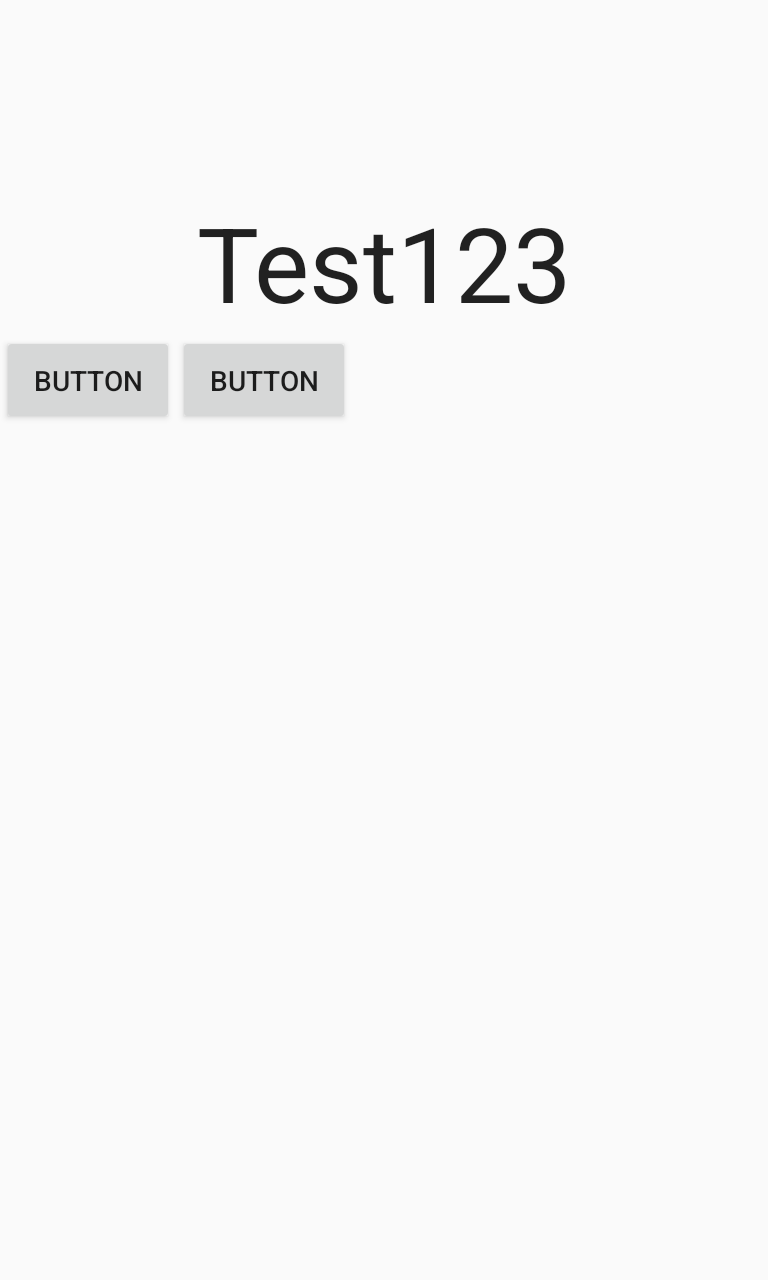
Repository: hessfr/contextRecognition
Layout: androidProjects/ContextRecognition/res/layout/activity_main.xml
The author's editor kept a copy of each file at every save. The layout is drawn from the files as they stood at one save, then again after the next save.
It is drawn on a 768 x 1280 px phone screen (xhdpi) without system bars, with theme AppTheme; the app's code is not run.

Above is the layout before, as saved 2014-05-30 07:16:11.

### androidProjects/ContextRecognition/res/layout/activity_main.xml
<LinearLayout xmlns:android="http://schemas.android.com/apk/res/android"
    xmlns:tools="http://schemas.android.com/tools"
    android:id="@+id/container"
    android:layout_width="match_parent"
    android:layout_height="match_parent"
    android:orientation="vertical"
    tools:context="com.example.contextrecognition.MainActivity"
    tools:ignore="MergeRootFrame" >

    <RelativeLayout
        android:layout_width="match_parent"
        android:layout_height="263dp" >

        <TextView
            android:id="@+id/textView1"
            android:layout_width="wrap_content"
            android:layout_height="wrap_content"
            android:layout_centerInParent="true"
            android:text="@string/test"
            android:textAppearance="?android:attr/textAppearanceLarge"
            android:textSize="52sp" />

            <LinearLayout
	        android:layout_width="wrap_content"
	        android:layout_height="wrap_content"
	        android:orientation="horizontal"
	        android:layout_centerHorizontal="True"
	        android:layout_below="@+id/textView1" >

                <Button
	                android:id="@+id/button2"
	                android:layout_width="wrap_content"
	                android:layout_height="wrap_content"
	                android:layout_alignParentRight="true"
	                android:layout_alignParentTop="true"
	                android:text="Button" />

            	<Button
	                android:id="@+id/button2"
	                android:layout_width="wrap_content"
	                android:layout_height="wrap_content"
	                android:layout_alignParentLeft="true"
	                android:layout_alignParentTop="true"
	                android:text="Button" />

	    	</LinearLayout>

    </RelativeLayout>



</LinearLayout>

### androidProjects/ContextRecognition/res/values/strings.xml
<?xml version="1.0" encoding="utf-8"?>
<resources>

    <string name="app_name">ContextRecognition</string>
    <string name="hello_world">Hello world!</string>
    <string name="action_settings">Settings</string>
    <string name="action_rating">Rate our app</string>
    <string name="action_help">Help</string>
    <string name="label_settings">Settings</string>
    <string name="label_rating">Rate our app</string>
    <string name="label_help">Help</string>

    <string name="test">Test123</string>
    <string name="test_office">Office</string>


</resources>

Loaded but not shown: androidProjects/ContextRecognition/res/values/styles.xml (common file); androidProjects/ContextRecognition/res/values-v11/styles.xml (common file); androidProjects/ContextRecognition/res/values-v14/styles.xml (common file)

After the next save:
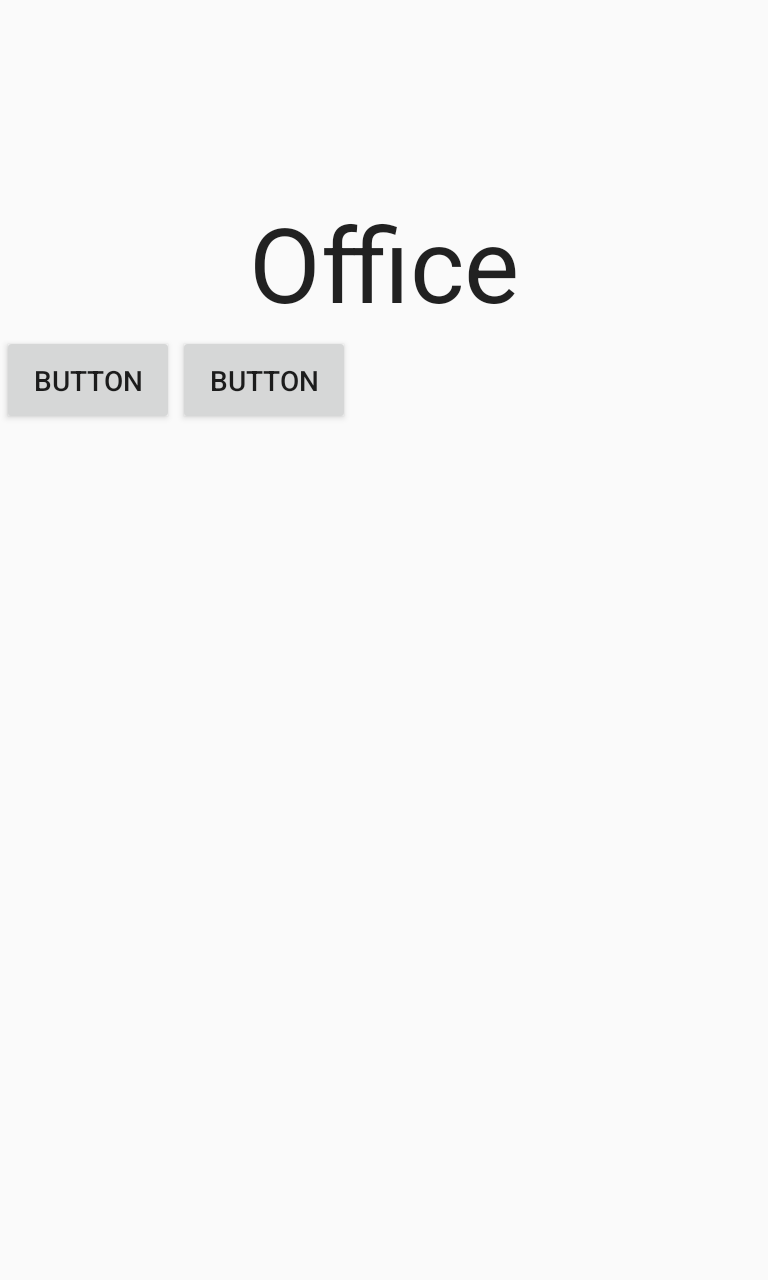
Saved 7 s later.
--- a/androidProjects/ContextRecognition/res/layout/activity_main.xml
+++ b/androidProjects/ContextRecognition/res/layout/activity_main.xml
@@ -16,7 +16,7 @@
             android:layout_width="wrap_content"
             android:layout_height="wrap_content"
             android:layout_centerInParent="true"
-            android:text="@string/test"
+            android:text="@string/test_office"
             android:textAppearance="?android:attr/textAppearanceLarge"
             android:textSize="52sp" />
 
